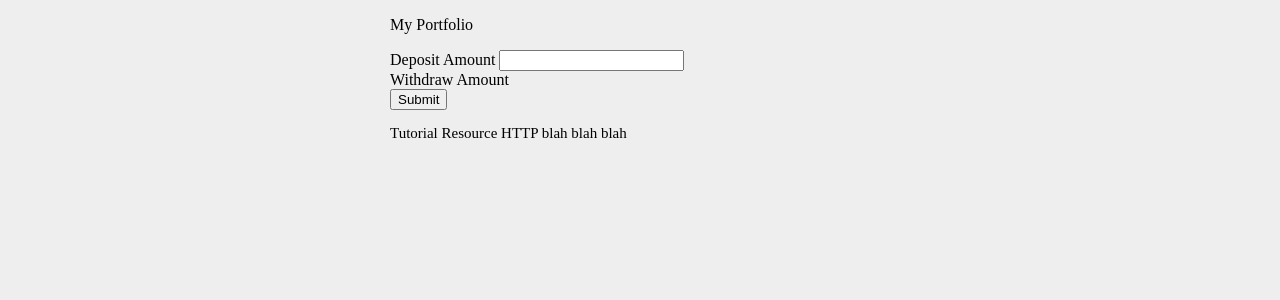
Repository: WillLiang918/Portfolio
Page: http://localhost/Task_Manager/portfolio.jsp
An editor plug-in stored every save of this project. The page is shown before and after the next save, followed by the edit.
The browser window is 1280 px wide. The pictures show the whole page.
The page is served by Tomcat 9. Other server files are loaded and not shown.

Above is the page before, as saved 2015-07-24 01:07:55.

### Task_Manager/WebContent/portfolio.jsp
<%@ page language="java" contentType="text/html" pageEncoding="UTF-8"%>
<!DOCTYPE html>
<html>
<head>
<meta charset="utf-8">
<title>JSP AJAX Form</title>
<script src="javascript/jquery-2.1.4.js"></script>
<script src="portfolio.js"></script>
<link rel="stylesheet" href="../css/basic.css" type="text/css" media="screen" />
</head>
<body>
	<p class="Large">My Portfolio</p>
	<form id="updatePortfolio">
		<label for="depositAmt">Deposit Amount</label>
		<input type="text" id="depositAmt" name="depositAmt"/>
		<br/>
		<label for="withdrawAmt">Withdraw Amount</label>
		<!-- input type="text" id="withdrawAmt" name="withdrawAmt" /-->
		<br/>
		<input type="submit" />
	</form>
	<p id="displayName" />
	<br>
	<p class="small">Tutorial Resource HTTP blah blah blah</p>
</body>
</html>

### Task_Manager/WebContent/portfolio.js
$(document).ready(function(){
	//Update portfolio
	$('#updatePortfolio').submit(function(){
		$.ajax({
			url: 'UpdatePortfolio',
			type: 'POST',
			dataType: 'json',
			data: $('#updatePortfolio').serialize(),
			success: function(data){
				if(data.isValid){
					$('#displayName').html('Your deposit is: ' + data.depositAmt);
					$('#displayName').slideDown(500);
				}
				else {
					alert('Please enter a valid username!')
				}
			}
		})
		return false;

	})
})

### Task_Manager/WebContent/css/basic.css
@CHARSET "UTF-8";

body {
	margin: 0px auto;
	width: 500px;
	background-color: #EEEEEE;
}

p.large{
	font-size:20px
}

p.small{
	font-size:15px;
}

p#displayName {
	display: none;
}

Loaded but not shown: Task_Manager/WebContent/javascript/jquery-2.1.4.js (library)

After the next save:
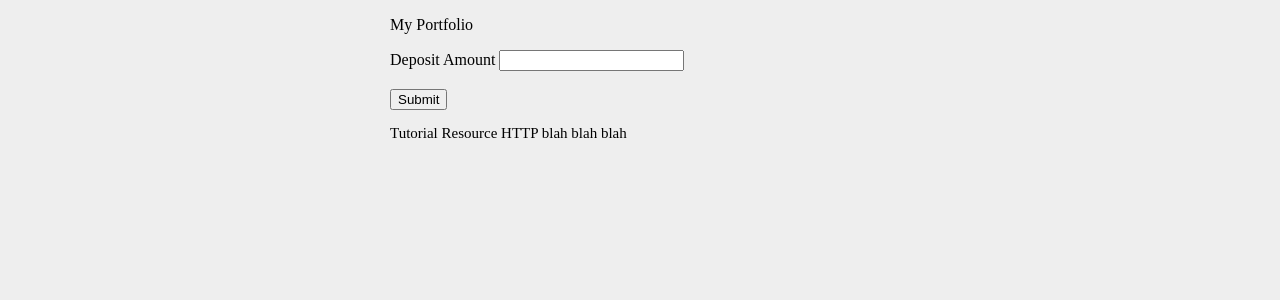
Saved 41 s later.
--- a/Task_Manager/WebContent/portfolio.jsp
+++ b/Task_Manager/WebContent/portfolio.jsp
@@ -14,8 +14,8 @@
 		<label for="depositAmt">Deposit Amount</label>
 		<input type="text" id="depositAmt" name="depositAmt"/>
 		<br/>
-		<label for="withdrawAmt">Withdraw Amount</label>
-		<!-- input type="text" id="withdrawAmt" name="withdrawAmt" /-->
+		<!--label for="withdrawAmt">Withdraw Amount</label>
+		<input type="text" id="withdrawAmt" name="withdrawAmt" /-->
 		<br/>
 		<input type="submit" />
 	</form>
